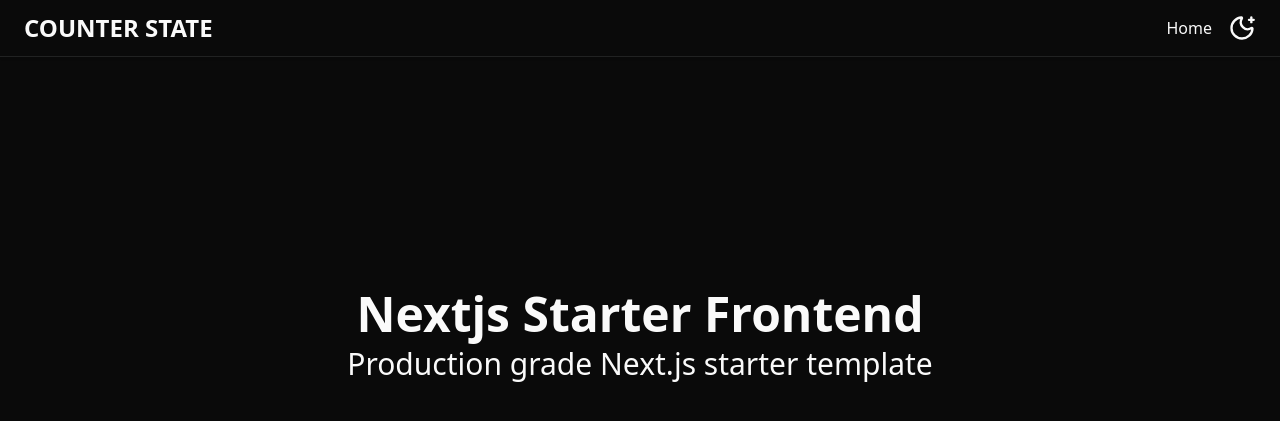
Repository: dev-piyushsarkar/counter-state-project
Page: /
An editor plug-in stored every save of this project. The page is shown before and after the next save, followed by the edit.
The browser window is 1280 px wide. The pictures show the whole page.
The project was rebuilt for these pictures with package versions that can differ from the ones it lists, and the page was loaded fresh each time. The framework's server and built-in components were replaced by stand-ins that run in the browser. Also part of the build but not shown: next.config.ts.

Above is the page before, as saved 2025-11-15 13:12:00.

### src/app/layout.tsx
import Header from "@/components/Header/Header";
import ThemeProvider from "@/components/Providers/ThemeProvider";
import "./globals.css";

type RootLayoutProps = {
	children: React.ReactNode;
};

const RootLayout = ({ children }: Readonly<RootLayoutProps>) => {
	return (
		<html
			lang="en"
			suppressHydrationWarning>
			<body>
				<ThemeProvider
					attribute={"class"}
					defaultTheme="dark"
					enableSystem={false}>
					<Header />

					<main className="mx-auto max-w-7xl px-6 py-3">{children}</main>
				</ThemeProvider>
			</body>
		</html>
	);
};

export default RootLayout;

### src/app/page.tsx
import { Metadata } from "next";

export const metadata: Metadata = {
	title: "Nextjs Starter Frontend",
	description: "Production grade Next.js starter template",
};

const page = () => {
	return (
		<section className="grid h-[90dvh] place-items-center">
			<div className="space-y-2 text-center">
				<h1 className="text-5xl font-semibold">Nextjs Starter Frontend</h1>
				<h2 className="text-3xl">Production grade Next.js starter template</h2>
			</div>
		</section>
	);
};

export default page;

### src/components/Header/Header.tsx
import Link from "next/link";
import ThemeToggleButton from "../ThemeToggleButton";

const Header = () => {
	return (
		<header
			className="fixed right-0 left-0 border-b shadow"
			aria-label="app-header">
			<div className="mx-auto flex max-w-7xl items-center justify-between px-6 py-3">
				<Link href={"/"}>
					<h1
						className="text-2xl font-semibold"
						aria-label="App Name">
						COUNTER STATE
					</h1>
				</Link>

				<nav className="flex items-center gap-4">
					<Link href={"/"}>Home</Link>

					<ThemeToggleButton />
				</nav>
			</div>
		</header>
	);
};

export default Header;

### src/components/Providers/ThemeProvider.tsx
"use client";

import { ThemeProvider as NextThemesProvider } from "next-themes";
import { ComponentProps } from "react";

type ThemeProviderProps = ComponentProps<typeof NextThemesProvider>;

const ThemeProvider = ({ children, ...props }: ThemeProviderProps) => {
	return <NextThemesProvider {...props}>{children}</NextThemesProvider>;
};

export default ThemeProvider;

### src/components/ThemeToggleButton.tsx
"use client";

import { MoonStar, Sun } from "lucide-react";
import { useTheme } from "next-themes";

const ThemeToggleButton = () => {
	const { theme, setTheme } = useTheme();

	return (
		<button
			onClick={() => setTheme(theme === "dark" ? "light" : "dark")}
			className="flex cursor-pointer items-center">
			<Sun
				size={28}
				className="-rotate-90 opacity-100 transition-all duration-300 dark:rotate-0 dark:opacity-0"
			/>

			<MoonStar
				size={28}
				className="absolute -rotate-90 opacity-0 transition-all duration-300 dark:rotate-0 dark:opacity-100"
			/>
		</button>
	);
};

export default ThemeToggleButton;

Loaded but not shown: src/app/globals.css (common file)

After the next save:
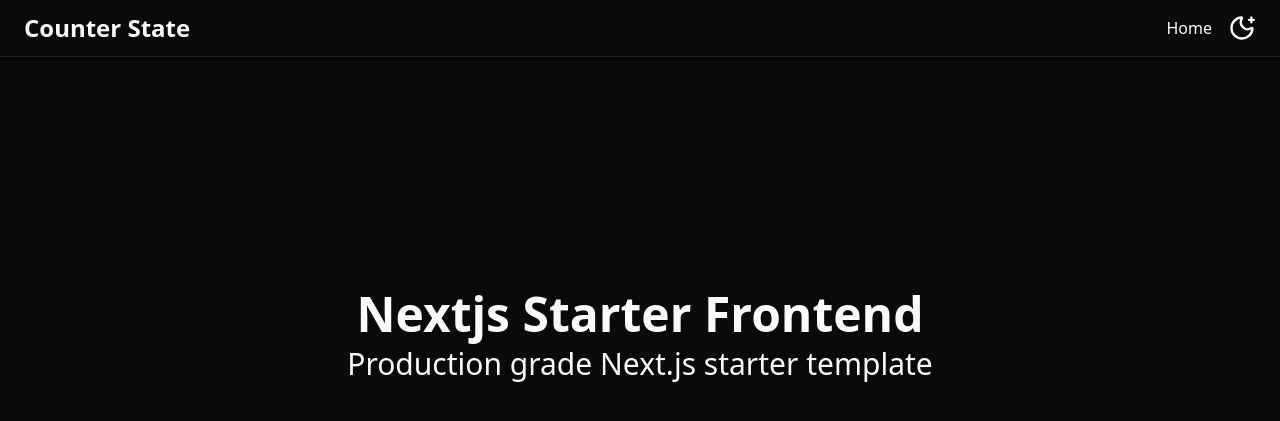
Saved 3 min 7 s later.
--- a/src/components/Header/Header.tsx
+++ b/src/components/Header/Header.tsx
@@ -11,7 +11,7 @@
 					<h1
 						className="text-2xl font-semibold"
 						aria-label="App Name">
-						COUNTER STATE
+						Counter State
 					</h1>
 				</Link>
 
